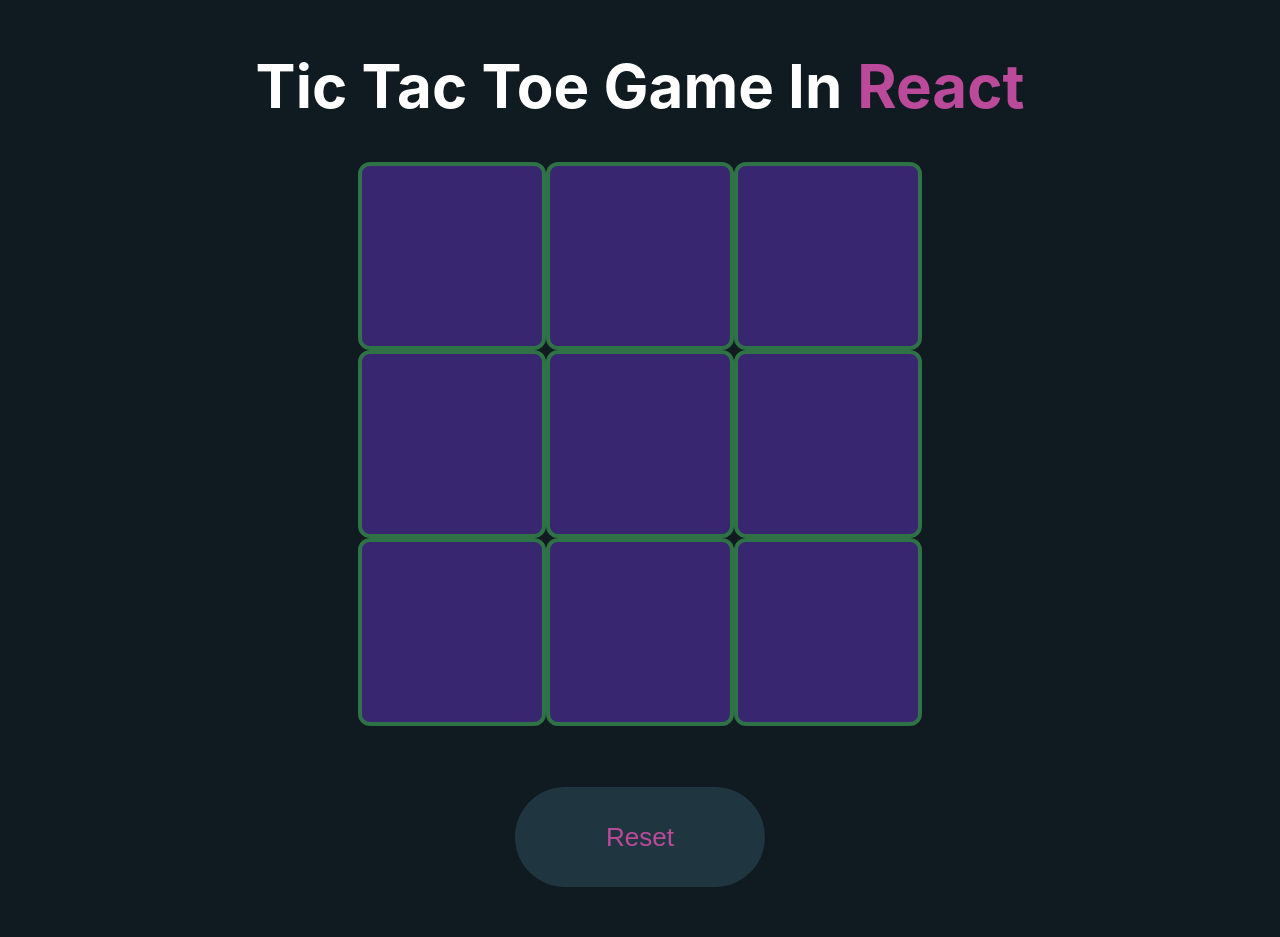
Repository: GigaByte6610/TicTacToe
Page: /
These files come from the project's save history. The page is drawn as it stood at one moment and after the next save; the edit follows.
The browser window is 1280 px wide. The pictures show the whole page.
The project was rebuilt for these pictures with package versions that can differ from the ones it lists, and the page was loaded fresh each time. Also part of the build but not shown: src/App.css.

Above is the page before, as saved 2025-02-01 07:17:11.

### public/index.html
<!DOCTYPE html>
<html lang="en">

<head>
    <meta charset="utf-8" />
    <link rel="icon" href="%PUBLIC_URL%/favicon.ico" />
    <meta name="viewport" content="width=device-width, initial-scale=1" />
    <meta name="theme-color" content="#000000" />
    <meta name="description" content="Web site created using create-react-app" />
    <link rel="apple-touch-icon" href="%PUBLIC_URL%/logo192.png" />
    <!--
      manifest.json provides metadata used when your web app is installed on a
      user's mobile device or desktop. See https://developers.google.com/web/fundamentals/web-app-manifest/
    -->
    <link rel="manifest" href="%PUBLIC_URL%/manifest.json" />
    <!--
      Notice the use of %PUBLIC_URL% in the tags above.
      It will be replaced with the URL of the `public` folder during the build.
      Only files inside the `public` folder can be referenced from the HTML.

      Unlike "/favicon.ico" or "favicon.ico", "%PUBLIC_URL%/favicon.ico" will
      work correctly both with client-side routing and a non-root public URL.
      Learn how to configure a non-root public URL by running `npm run build`.
    -->
    <title>TicTacToe</title>
</head>

<body>
    <noscript>You need to enable JavaScript to run this app.</noscript>
    <div id="root"></div>
    <!--
      This HTML file is a template.
      If you open it directly in the browser, you will see an empty page.

      You can add webfonts, meta tags, or analytics to this file.
      The build step will place the bundled scripts into the <body> tag.

      To begin the development, run `npm start` or `yarn start`.
      To create a production bundle, use `npm run build` or `yarn build`.
    -->
</body>

</html>

### src/index.css
body {
    margin: 0;
    font-family: -apple-system, BlinkMacSystemFont, 'Segoe UI', 'Roboto', 'Oxygen', 'Ubuntu', 'Cantarell', 'Fira Sans', 'Droid Sans', 'Helvetica Neue', sans-serif;
    -webkit-font-smoothing: antialiased;
    -moz-osx-font-smoothing: grayscale;
    background: #0f1B21;
}

code {
    font-family: source-code-pro, Menlo, Monaco, Consolas, 'Courier New', monospace;
}

### src/App.js
import './App.css';
import TicTacToe from './Components/TicTacToe/TicTacToe'; // Ensure the path is correct


function App() {
    return ( <
        div >
        <
        TicTacToe / >
        <
        /div>
    );

}

export default App;

### src/Components/TicTacToe/TicTacToe.jsx
import React, { useRef, useState,useEffect} from 'react'
import './TicTacToe.css'

import cross from '../Assets/cross.png';
import circle from '../Assets/circle.png';


const TicTacToe = () => {
    let [count,setCount]=useState(0);
    let[lock,setLock]=useState(false);
    let titleRef=useRef(null);
    const [data, setData] = useState(["", "", "", "", "", "", "", "", ""]);
    useEffect(() => {
        checkWin();
    }, [data]);
    const toggle = (e,num)=>{
        if(lock){
            return 0;
    }
    let newData = [...data];
    if(count%2===0){
        e.target.innerHtml=`<img src="${cross}" />`;
        newData[num]="X";
        setCount(++count);

    }
    else{
        e.target.innerHtml=`<img src="${circle}" />`;
        newData[num]="0";
        setCount(++count);
    }
    setData(newData);


}
const checkWin=()=>{
    if(data[0]===data[1] && data[1]===data[2] && data[2]!==""){
        won(data[2]);
    }
    else if(data[3]===data[4] && data[4]===data[5] && data[5]!==""){
        won(data[5]);
    }
    else if(data[6]===data[7] && data[7]===data[8] && data[8]!==""){
        won(data[8]);
    }
    else if(data[0]===data[3] && data[3]===data[6] && data[6]!==""){
        won(data[6]);
    }
    else if(data[1]===data[4] && data[4]===data[7] && data[7]!==""){
        won(data[7]);
    }


    else if(data[2]===data[5] && data[5]===data[8] && data[8]!==""){
        won(data[8]);
    }

    else if(data[0]===data[4] && data[4]===data[8] && data[8]!==""){
        won(data[8]);
    }

    else if(data[0]===data[1] && data[1]===data[2] && data[2]!==""){
        won(data[2]);
    }
    else if(data[2]===data[4] && data[4]===data[6] && data[6]!==""){
        won(data[6]);
    }

}
const won=(winner)=>{
    setLock(true);
    if(winner==="X"){
        titleRef.current.innerHTML=`Congratulations :<img src=${cross} /> Won`;
    }
    else
    {
        titleRef.current.innerHTML=`Congratulations :<img src=${circle} />`;
    }
}
const reset=()=>{
    setLock(false);
    setData(["", "", "", "", "", "", "", "", ""]);
    titleRef.current.innerHTML=`Tic Tac Toe Game In <span>React</span>`;
}

  return (

    <div className='container'>
        <h1 className='title' ref={titleRef}>Tic Tac Toe Game In <span>React</span></h1>
        < div className='board'>
        <div className="row1">
         <div className="boxes" onClick={(e) => toggle(e, 0)}>{data[0] && <img src={data[0] === "X" ? cross : circle} alt={data[0]} />}</div>
          <div className="boxes" onClick={(e) => toggle(e, 1)}>{data[1] && <img src={data[1] === "X" ? cross : circle} alt={data[1]} />}</div>
          <div className="boxes" onClick={(e) => toggle(e, 2)}>{data[2] && <img src={data[2] === "X" ? cross : circle} alt={data[2]} />}</div>
        </div>
        <div className="row2">
          <div className="boxes" onClick={(e) => toggle(e, 3)}>{data[3] && <img src={data[3] === "X" ? cross : circle} alt={data[3]} />}</div>
          <div className="boxes" onClick={(e) => toggle(e, 4)}>{data[4] && <img src={data[4] === "X" ? cross : circle} alt={data[4]} />}</div>
          <div className="boxes" onClick={(e) => toggle(e, 5)}>{data[5] && <img src={data[5] === "X" ? cross : circle} alt={data[5]} />}</div>
        </div>
        <div className="row3">
          <div className="boxes" onClick={(e) => toggle(e, 6)}>{data[6] && <img src={data[6] === "X" ? cross : circle} alt={data[6]} />}</div>
          <div className="boxes" onClick={(e) => toggle(e, 7)}>{data[7] && <img src={data[7] === "X" ? cross : circle} alt={data[7]} />}</div>
          <div className="boxes" onClick={(e) => toggle(e, 8)}>{data[8] && <img src={data[8] === "X" ? cross : circle} alt={data[8]} />}</div>
        </div>
        </div>

        <button className='reset' onClick={()=>{reset()}}>Reset</button>





    </div>
  )
}

export default TicTacToe;

### src/Components/TicTacToe/TicTacToe.css
.container {
    text-align: center;
}

.title {
    margin-top: 50px;
    color: white;
    font-size: 60px;
    display: flex;
    justify-content: center;
    align-items: center;
}

.title span {
    color: #bc4a9a;
    padding-left: 15px;
}

.boxes {
    display: flex;
    height: 180px;
    width: 180px;
    background: #392670;
    border: 4px solid #2e7246;
    border-radius: 12px;
    cursor: pointer;
}

.board {
    height: 600px;
    width: 564px;
    display: flex;
    margin: auto;
}

.boxes img {
    margin: 50px 50px;
}

.title img {
    padding: 20px 20px;
    height: 50px;
}

.reset {
    width: 250px;
    height: 100px;
    border: none;
    outline: none;
    cursor: pointer;
    border-radius: 50px;
    background: #1f3540;
    font-size: 26px;
    color: #bc4a9a;
    margin-top: 25px;
    margin-bottom: 50px;
}

Loaded but not shown: src/index.js (common file); src/reportWebVitals.js (common file)

After the next save:
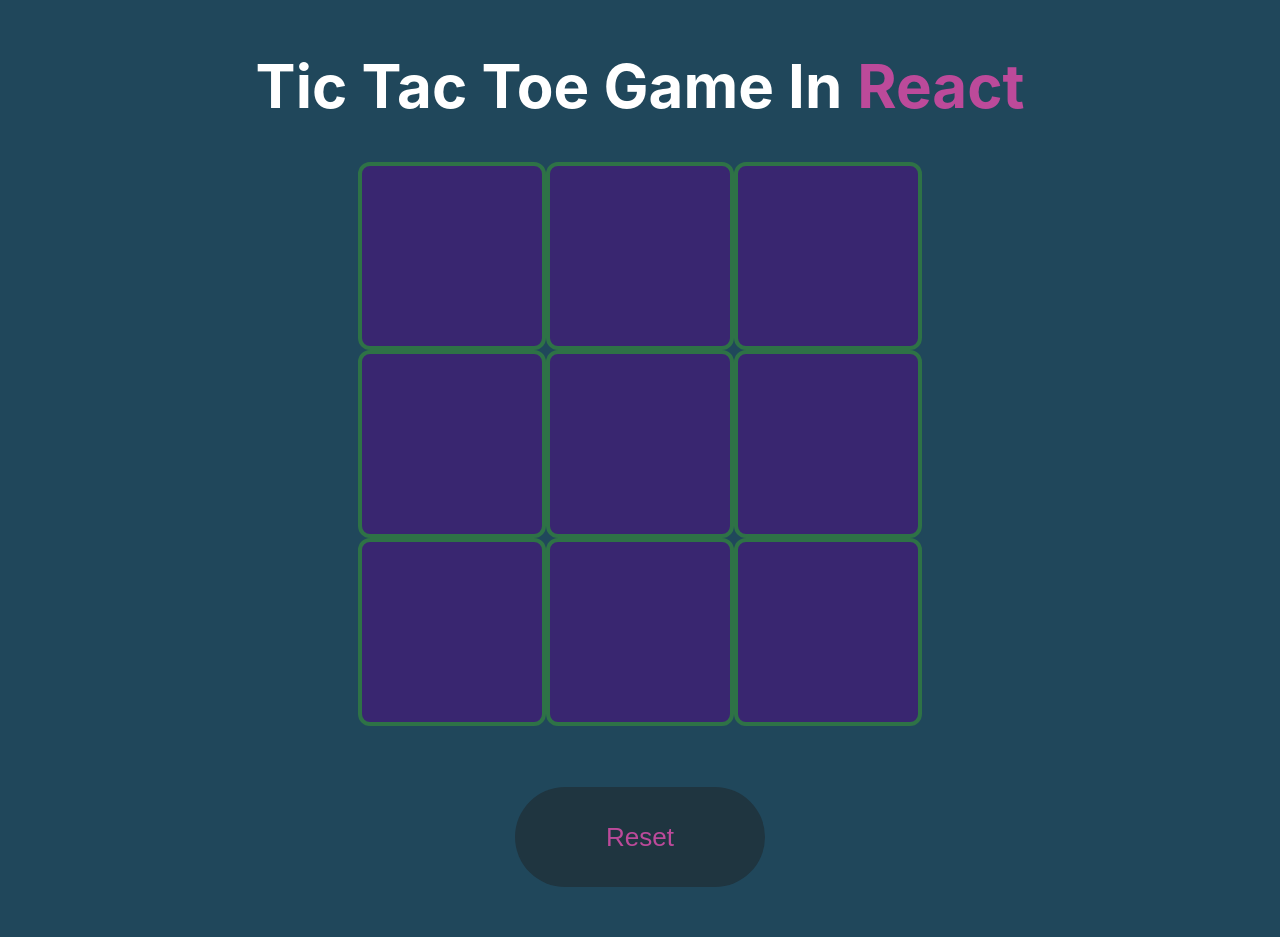
Saved 62 s later.
--- a/src/index.css
+++ b/src/index.css
@@ -3,7 +3,7 @@
     font-family: -apple-system, BlinkMacSystemFont, 'Segoe UI', 'Roboto', 'Oxygen', 'Ubuntu', 'Cantarell', 'Fira Sans', 'Droid Sans', 'Helvetica Neue', sans-serif;
     -webkit-font-smoothing: antialiased;
     -moz-osx-font-smoothing: grayscale;
-    background: #0f1B21;
+    background: #20475b;
 }
 
 code {
